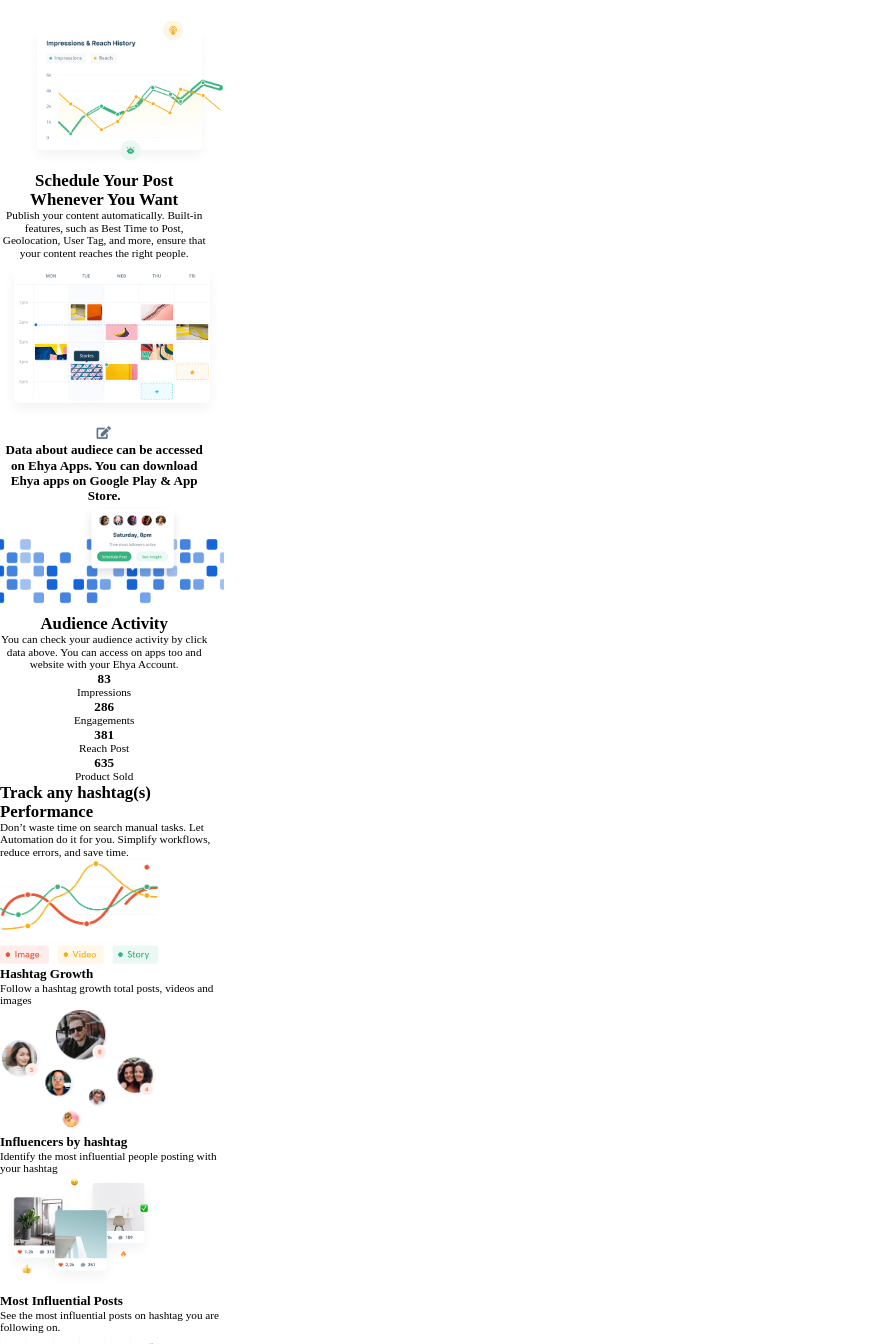
Repository: Eduardo-Tamborelli-Ferreira-lino/FrontEnd
Page: projetos/Prova-CSS/index.html
The author's editor kept a copy of each file at every save. The page is drawn from the files as they stood at one save, then again after the next save.
The browser window is 1280 px wide. The pictures show the part of the page from y = 1294 to 3214 px (the page is 4954 px tall before and 5026 px after), at 70% of full size.

Above is the page before, as saved 2026-03-12 13:55:38.

### projetos/Prova-CSS/index.html
<!DOCTYPE html>
<html lang="en">

<head>
    <meta charset="UTF-8">
    <meta name="viewport" content="width=device-width, initial-scale=1.0">
    <link rel="stylesheet" href="style.css">
    <title>Ehya</title>
</head>

<body>
    <div id="background-start"></div>

    <!-- Construção do Header Para o Desktop e Mobile -->
    <header class="container">
        <div class="logo">
            <img src="./Image/Header/Logo.png" alt="Website brand logo">
        </div>
        <div id="menu-mobile">
            <img src="./Image/Header/Menu_hamburger.png" alt="Hamburger menu for website actions. ">
        </div>
        <div id="menu-desktop">
            <nav>
                <ul>
                    <li><a href="#">Home</a></li>
                    <li><a href="#">Landings</a></li>
                    <li><a href="#">Pages</a></li>
                    <li><a href="#">Docs</a></li>
                    <li><a href="#">Help</a></li>
                    <li><a href="#">Get it now</a></li>
                </ul>
            </nav>
        </div>

    </header>


    <main>

        <section id="hero">

            <div id="hero-content" , class="container">
                <div id="hero-title">
                    <h1>
                        Track Instagram
                        Business Performance
                    </h1>
                </div>
                <div id="hero-subtitle">
                    <p>
                        Ehya is the Instagram analytics platform teams use to stay focused on the goals, track
                        engagement for report your business .
                    </p>
                </div>
                <div id="hero-button">
                    <a href="#">Get 14-Days Trial</a>
                </div>
                <div id="Dashboard">
                    <img src="./Image/Main/Dashboard/Dashboard.png"
                        alt="Dashboard to the Most Imports Information on Brand">
                </div>
            </div>

        </section>

        <section id="partners" , class="container">

            <div id="all-partners">
                <div class="partners-image">
                    <div id="Slack">
                        <img src="./Image/Main/Brands/Slack.png" alt="Image of Partner Slack">
                    </div>
                </div>
                <div class="partners-image">
                    <div id="Netflix">
                        <img src="./Image/Main/Brands/Netflix.png" alt="Image of Partner Netflix">
                    </div>
                </div>
                <div class="partners-image">
                    <div id="Google">
                        <img src="./Image/Main/Brands/Google.png" alt="Image of Partner Google">
                    </div>
                </div>
                <div class="partners-image">
                    <div id="Airbnb">
                        <img src="./Image/Main/Brands/Airbnb.png" alt="Image of Partner Airbnb">
                    </div>
                </div>
                <div class="partners-image">
                    <div id="Uber">
                        <img src="./Image/Main/Brands/Uber.png" alt="Image of Partner Uber">
                    </div>
                </div>




            </div>

        </section>

        <div class="line-divider"></div>

        <section id="main-content" , class="container">

            <div id="Feature">

                <div id="impressions">
                    <div id="impressions-title">
                        <h2>
                            Measure Impressions
                            and Reach Post
                        </h2>
                    </div>
                    <div id="impressions-subtitle">
                        <p>
                            Graphs displaying your performance
                            for metrics like follower
                            evolution, average engagement rate
                            per post and reach
                            and impressions to give you the
                            insights.
                        </p>
                    </div>
                    <div id="impressions-button">
                        <a href="#">Learn More</a>
                        <img src="./Image/Main/Icons/Icon_Arrow.png"
                            alt="Arrow to indicate that the button leads to another page. ">
                    </div>
                    <div id="impressions-graph">
                        <img src="./Image/Main/Graph/Graph.png"
                            alt="Graph of Impressions and Reach History of the Brand">
                    </div>
                </div>

                <div id="schedule">

                    <div id="schedule-title">
                        <h2>
                            Schedule Your Post
                            Whenever You Want
                        </h2>
                    </div>
                    <div id="schedule-subtitle">
                        <p>
                            Publish your content automatically. Built-in features, such as Best Time to Post,
                            Geolocation, User Tag, and more, ensure that your content reaches the right people.
                        </p>
                    </div>
                    <div id="schedule-graph">
                        <img src="./Image/Main/Graph/Week_Graph .png" alt="Graph of week's agenda">
                    </div>
                    <div id="line-divider-schedule"></div>
                    <div id="schedule-help">
                        <img src="./Image/Main/Icons/Icon_pencil.png" alt="icon to indicate editing">
                        <h3>
                            Data about audiece can be accessed on Ehya Apps.
                            You can download Ehya apps on Google Play & App Store.
                        </h3>
                    </div>

                </div>

            </div>

            <div id="audience">

                <div id="audience-image">
                    <img src="./Image/Main/Graph/follows_Graph .png" alt="Audience Viewing Image">
                </div>

                <div id="audience-title">
                    <h2>
                        Audience Activity
                    </h2>
                </div>

                <div id="audience-subtitle">
                    <p>
                        You can check your audience activity by click data above.
                        You can access on apps too and website with your Ehya Account.
                    </p>
                </div>

                <div id="audience-activity">
                    <div class="audience-informations">
                        <h3>
                            83
                        </h3>
                        <p>
                            Impressions
                        </p>
                    </div>
                    <div class="audience-informations">
                        <h3>
                            286
                        </h3>
                        <p>
                            Engagements
                        </p>
                    </div>
                    <div class="audience-informations">
                        <h3>
                            381
                        </h3>
                        <p>
                            Reach Post
                        </p>
                    </div>
                    <div class="audience-informations">
                        <h3>
                            635
                        </h3>
                        <p>
                            Product Sold
                        </p>
                    </div>
                </div>

            </div>

        </section>

        <section id="track-background">

            <section id="track-hashtag" , class="container">

                <div id="track-title">
                    <h2>
                        Track any hashtag(s) Performance
                    </h2>
                </div>
                <div id="track-subtitle">
                    <p>
                        Don’t waste time on search manual tasks. Let Automation do it for you.
                        Simplify workflows, reduce errors, and save time.
                    </p>
                </div>
                <div class="track-card">
                    <div id="card-graph">
                        <img src="./Image/Main/Track-card/Graph-card.png" alt="Graph of hashtag Growth">
                    </div>
                    <div id="Graph-description">
                        <img src="./Image/Main/Track-card/Graph-information.png"
                            alt="Description of each line in the graph">
                    </div>
                    <div class="card-title">
                        <h3>
                            Hashtag Growth
                        </h3>
                    </div>
                    <div class="card-subtitle">
                        <p>
                            Follow a hashtag growth total posts, videos
                            and images
                        </p>
                    </div>
                </div>
                <div class="track-card">
                    <div id="card-image">
                        <img src="./Image/Main/Track-card/Influencers.png" alt="Influencers by hashtag">
                    </div>
                    <div class="card-title">
                        <h3>
                            Influencers by hashtag
                        </h3>
                    </div>
                    <div class="card-subtitle">
                        <p>
                            Identify the most influential people posting with
                            your hashtag
                        </p>
                    </div>
                </div>
                <div class="track-card">
                    <div id="card-posts">
                        <img src="./Image/Main/Track-card/Posts.png" alt="Most Influential Posts">
                    </div>
                    <div class="card-title">
                        <h3>
                            Most Influential Posts
                        </h3>
                    </div>
                    <div class="card-subtitle">
                        <p>
                            See the most influential posts on hashtag you
                            are following on.
                        </p>
                    </div>
                </div>
                <div class="track-card">
                    <div id="card-Map">
                        <img src="./Image/Main/Track-card/Map.png" alt="Map of Hashtag Location">
                    </div>
                    <div class="card-title">
                        <h3>
                            Hashtag Location
                        </h3>
                    </div>
                    <div class="card-subtitle">
                        <p>
                            Visualize where people are posting using your
                            hashtag made.
                        </p>
                    </div>
                </div>
            </section>

            <div class="line-divider"></div>

            <section id="testimonials" , class="container">

                <div id="testimonials-hearder">
                    <div id="testimonials-title">
                        <h3>
                            Ehya is loved by users
                        </h3>
                    </div>
                    <div id="testimonials-arrows">
                        <img src="./Image/Main/testimonials/Button-arrow-left.png"
                            alt="Left Arrom To Move for the last testimonials">
                        <img src="./Image/Main/testimonials/Button-arrow-right.png"
                            alt="Right Arrom To Move for the Next testimonials">
                    </div>
                </div>
                <div id="testimonials-box">
                    <div class="testimonials-card">
                        <div class="card-photos">
                            <img src="./Image/Main/testimonials/Photo-jaquon.png" alt="Photo of Jaquon Hart">
                        </div>
                        <div class="card-stars">
                            <img src="./Image/Main/testimonials/Star-Jaquon.png" alt="User Rating">
                        </div>
                        <div class="testimonials-text">
                            <h5>
                                “With Ehya, we’re able to easily track our performance in full detail.
                                It’s become an essential tool for us to grow and engage with our audience.”
                            </h5>
                        </div>
                        <div class="testimonials-identification">
                            <h4 class="testimonials-name">
                                Jaquon Hart
                            </h4>
                            <p class="testimonials-Job">
                                Digital Marketing Executive, Hypebeast
                            </p>
                        </div>
                    </div>
                    <div class="testimonials-card">
                        <div class="card-photos">
                            <img src="./Image/Main/testimonials/Phto-Harider.png" alt="Photo of Harider Bharwal">
                        </div>
                        <div class="card-stars">
                            <img src="./Image/Main/testimonials/Star-Harider.png" alt="User Rating">
                        </div>
                        <div class="testimonials-text">
                            <h5>
                                “With Ehya, we’re able to easily track our performance in full detail.
                                It’s become an essential tool for us to grow and engage with our audience.”
                            </h5>
                        </div>
                        <div class="testimonials-identification">
                            <h4 class="testimonials-name">
                                Harider Bharwal
                            </h4>
                            <p class="testimonials-Job">
                                Product Manager of Salestation Asia
                            </p>
                        </div>
                    </div>
                </div>

            </section>

        </section>


        <section id="sing-up">

            <div id="sign-box">
                <div id="sign-left-image">
                    <img src="./Image/Main/Sing/Left-side.png" alt="Left Side Images">
                </div>
                <div id="sign-information">
                    <div id="Information-title">
                        <h2>
                            Grow your brand
                            presence on social media.
                        </h2>
                    </div>
                    <div id="Information-text">
                        <p>
                            Try Ehya free for 14 days. No credit card required.
                        </p>
                    </div>
                    <div id="Information-button">
                        <a href="#">Sign Up for Free Trial</a>
                    </div>
                </div>
                <div id="sign-right-image">
                    <img src="./Image/Main/Sing/Right side.png" alt="right Side Images">
                </div>
            </div>

        </section>

    </main>

    <footer>

        <section id="main-footer" , class="container">

            <section id="footer-about">
                <div class="logo">
                    <img src="./Image/Header/Logo.png" alt="Logo of the brand">
                </div>
                <div id="footer-about-description">
                    <p>
                        Build a modern and creative website with crealand
                    </p>
                </div>
                <div id="about-social-icons">
                    <img src="./Image/Footer/Icons/Google-icon.png" alt="Google Icon">
                    <img src="./Image/Footer/Icons/Twitter-icon.png" alt="Twitter Icon">
                    <img src="./Image/Footer/Icons/Instagram-icon.png" alt="Instagram Icon">
                    <img src="./Image/Footer/Icons/linkedin-icon.png" alt="Linkedin Icon">
                </div>
            </section>

            <section id="links-products">
                <div class="links-box">
                    <div class="links-title">
                        Product
                    </div>
                    <div class="links">
                        <nav>
                            <ul>
                                <li><a href="#">Landingpage</a></li>
                                <li><a href="#">Features</a></li>
                                <li><a href="#">Documentation</a></li>
                                <li><a href="#">Referral Program</a></li>
                                <li><a href="#">Pricing</a></li>
                            </ul>
                        </nav>
                    </div>
                </div>
                <div class="links-box">
                    <div class="links-title">
                        Services
                    </div>
                    <div class="links">
                        <nav>
                            <ul>
                                <li><a href="#">Documentation</a></li>
                                <li><a href="#">Design</a></li>
                                <li><a href="#">Themes</a></li>
                                <li><a href="#">Illustrations</a></li>
                                <li><a href="#">UI Kit</a></li>
                            </ul>
                        </nav>
                    </div>
                </div>
                <div class="links-box">
                    <div class="links-title">
                        Company
                    </div>
                    <div class="links">
                        <nav>
                            <ul>
                                <li><a href="#">About</a></li>
                                <li><a href="#">Terms</a></li>
                                <li><a href="#">Privacy Policy</a></li>
                                <li><a href="#">Careers</a></li>
                            </ul>
                        </nav>
                    </div>
                </div>
                <div class="links-box">
                    <div class="links-title">
                        More
                    </div>
                    <div class="links">
                        <nav>
                            <ul>
                                <li><a href="#">Documentation</a></li>
                                <li><a href="#">License</a></li>
                                <li><a href="#">Changelog</a></li>
                            </ul>
                        </nav>
                    </div>
                </div>
            </section>

            <section id="copyright">

                <div id="copyright-heart">
                    <img src="./Image/Footer/Heart/Heart.png" alt="Heart Icon">
                </div>
                <div id="copyright-text">
                    <p>
                        Copyright © 2019. Crafted with love.
                    </p>
                </div>

            </section>

        </section>

    </footer>

</body>

</html>

### projetos/Prova-CSS/style.css
@import url('https://fonts.googleapis.com/css2?family=Inter:ital,opsz,wght@0,14..32,100..900;1,14..32,100..900&family=Open+Sans:ital,wght@0,300..800;1,300..800&display=swap');

*{
    padding: 0;
    margin: 0;
    box-sizing: border-box;
}

:root{
    --Title-font: "Inter";
    --Text-font: "Open Sans";
    --Numbers-color: #FAAD13;
    --title-color:#183B56;
    --Text-color: #5A7184;
    --color-track: #F9FBFE;
    --color-header: rgba(250, 173, 19, 0.1);
    --links-color: #183B56;
}

a{
    text-decoration: none;
    color: var(--links-color);
}

li{
    list-style: none;
    cursor: pointer;
}

body{
    width: 20rem;
    height: 100vh;
}

#background-start{
    width: 20rem;
    height: 36.125rem;
    background-color: var(--color-header);
    position: absolute;
    z-index: -2;
    margin: 0 auto;
    top: 0;
    left: 0;
}

header{
    display: flex;
    justify-content: space-around;
    align-items: center;
    z-index: 10;
    gap: 10.688rem;
    margin: 1.125rem 1.5rem 3rem 1.125rem;
}

#menu-desktop{
    display: none;
}

#hero{
    width: 20rem;
    text-align: center;
}

#hero-title h1{
    font-family: var(--Title-font);
    font-weight: 700;
    font-size: 2rem;
    line-height: 2.5rem;
    letter-spacing: 0.013rem;
    color: var(--title-color);
    margin-bottom: 1.5rem;
}

#hero-subtitle p{
    width: 17.5rem;
    font-family: var(--Text-font);
    color: var(--Text-color);
    font-weight: 400;
    font-size: 1rem;
    line-height: 1.75rem;
    letter-spacing: 0;
    margin: 0 1.25rem 2.5rem 1.25rem;
}

#hero-button{
    display: flex;
    justify-content: center;
    align-items: center;
    width: 12.5rem;
    height: 3rem;
    background-color: #183B56;
    border-radius: 0.5rem;
    margin: 0 3.75rem;
}

#hero-button a{
    color: #FFFFFF;
    font-size: 1rem;
    font-weight: 700;
    line-height: 100%;
    letter-spacing: 0;
    text-align: center;
}

#Dashboard img{
    margin-top: 3rem;
    margin-bottom: 4rem;
}

#partners{
    width: 18.471rem;
    height: 11.344rem;
    margin-left: 0.75rem;
}

#all-partners{
    display: flex;
    gap: 1rem;
    flex-wrap: wrap;
}

.partners-image{
    width: 42%;
    flex-grow: 0;
}

#Uber{
    margin-left: 4.063rem;
}

.line-divider{
    width: 17.5rem;
    height: 0.063rem;
    border-radius: 0.063rem;
    background-color: #E3E7ED;
    margin-left: 1.25rem;
    margin-bottom: 4.031rem;
}

#main-content{
    width: 18.6rem;
    text-align: center;
}

#impressions-title h2{
    width: 17.5rem;
    font-weight: 700;
    font-size: 1.5rem;
    line-height: 2.25rem;
    letter-spacing: 0.013rem;
    color: var(--title-color);
    font-family: var(--Title-font);
    margin: auto 1.375rem;
}

#impressions-subtitle p{
    width: 17.5rem;
    font-family: var(--Text-font);
    font-weight: 400;
    font-size: 1rem;
    line-height: 1.75rem;
    letter-spacing: 0;
    color: var(--Text-color);
    margin: 1.25rem 0 2rem 1.375rem;
}

#impressions-button{
    width: 7.313rem;
    margin: 0 0 2.25rem 6.5rem;
    display: flex;
    justify-content: center;
    align-items: center;
    gap: 0.75rem;
}

#impressions-button a{
    font-weight: 700;
    font-size: 1rem;
    line-height: 100%;
    letter-spacing: 0;
    font-family: var(--Text-font);
    color: #1565D8;
}

#impressions-button img{
    width: 0.688rem;
    height: 0.875rem;
}

#impressions-graph img{
    width: 17.724rem;
    margin-left: 2.188rem;
    margin-bottom: ;
}

.track-card img{
    width: 14.156rem;
}

#sign-box img{
    width: 14.156rem;
}

After the next save:
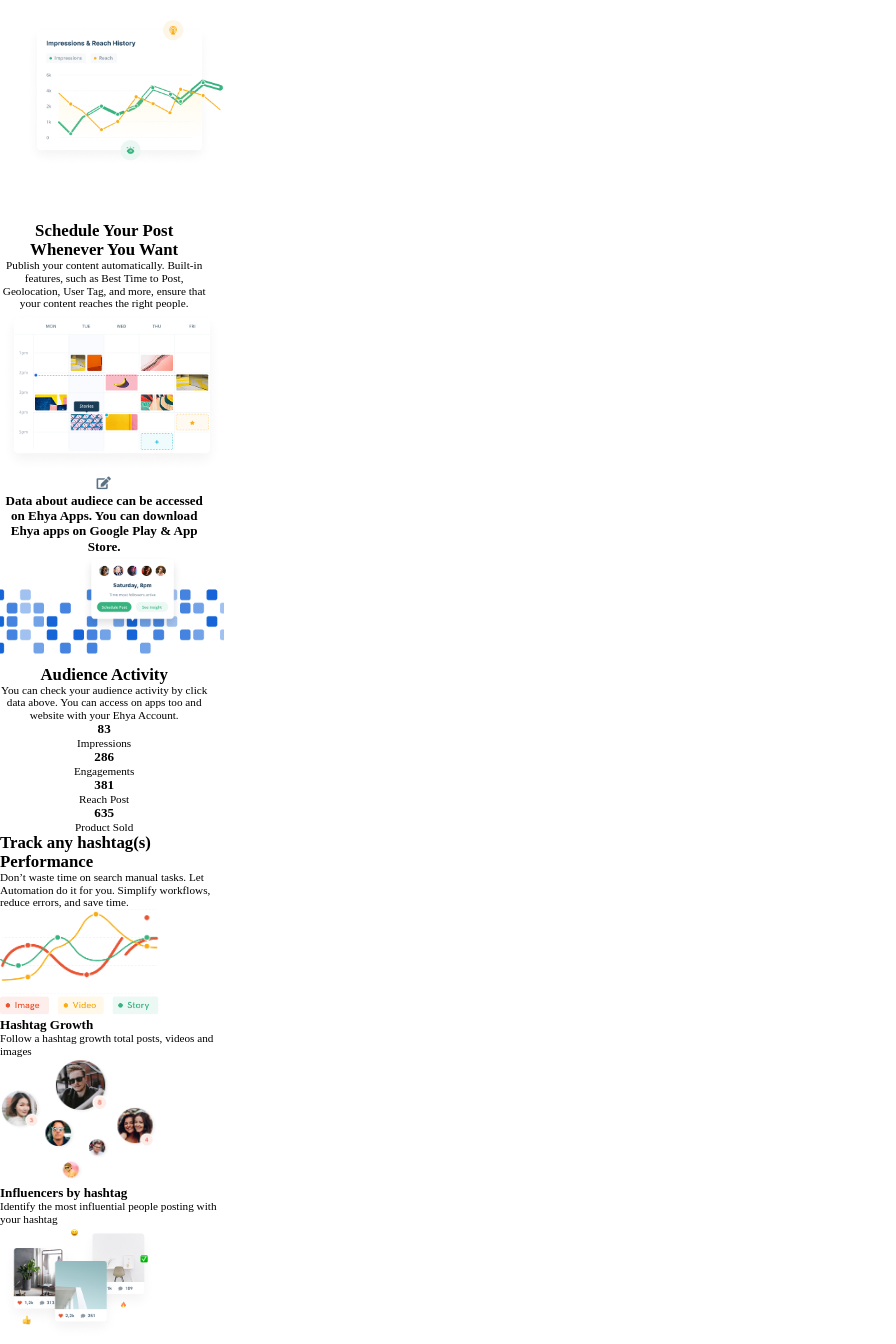
Saved 18 s later.
--- a/projetos/Prova-CSS/style.css
+++ b/projetos/Prova-CSS/style.css
@@ -190,7 +190,7 @@
 #impressions-graph img{
     width: 17.724rem;
     margin-left: 2.188rem;
-    margin-bottom: ;
+    margin-bottom: 4.533rem;
 }
 
 .track-card img{
